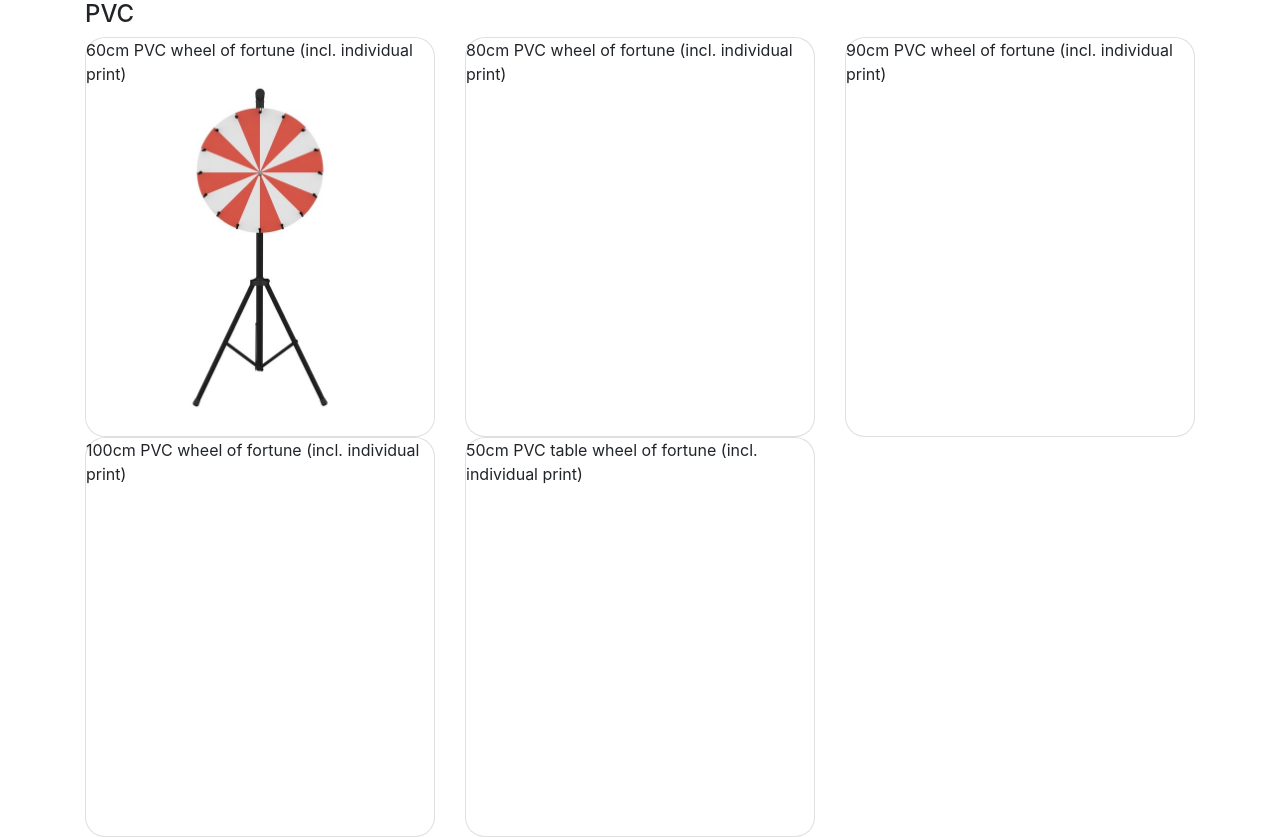
Repository: Awaisp-irfan/fahad-project
Page: pvc.html
These files come from the project's save history. The page is drawn as it stood at one moment and after the next save; the edit follows.
The browser window is 1280 px wide. The pictures show the whole page.

Above is the page before, as saved 2022-06-30 08:02:18.

After the next save:
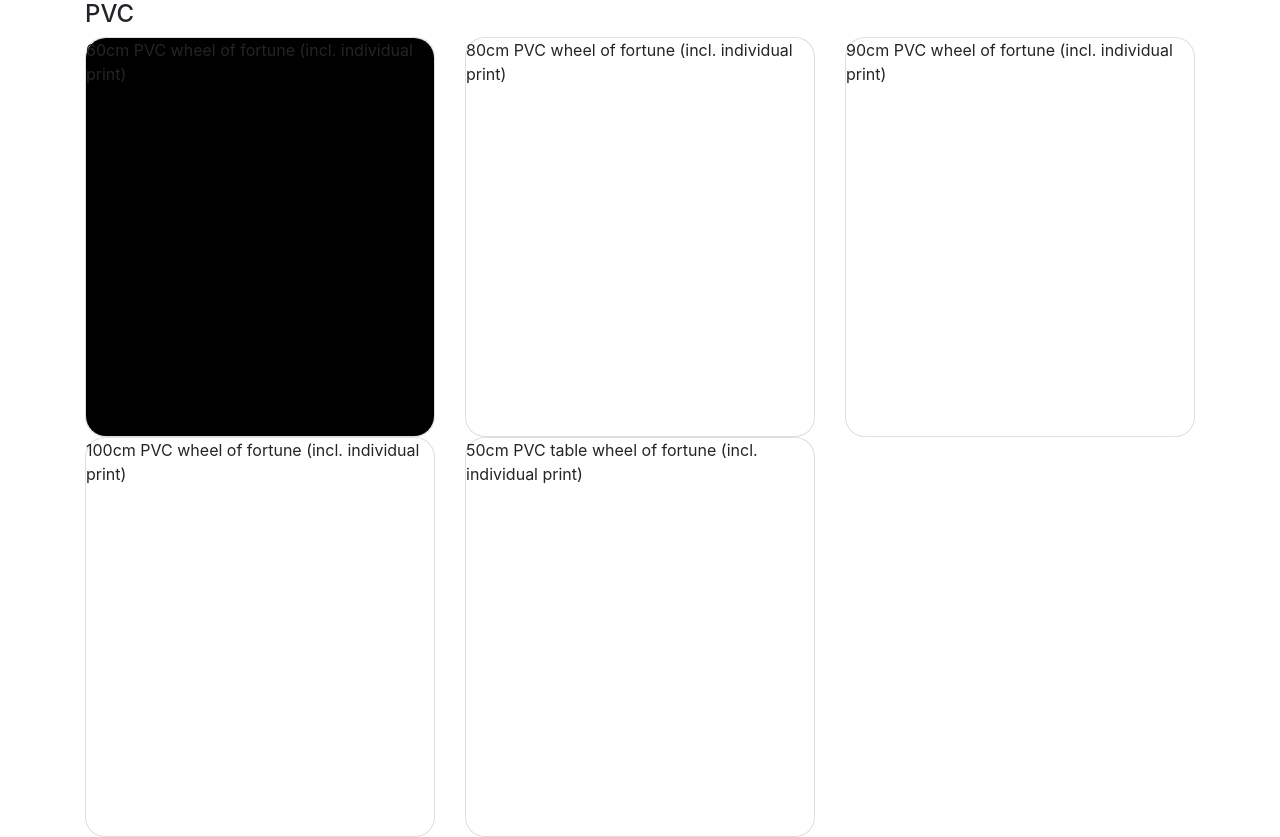
Saved 16 s later.
--- a/style.css
+++ b/style.css
@@ -33,8 +33,8 @@
     border-radius: 20px;
 }
 .cm60{
-    background: url(./assests/60cm\ PVC.jpg) , #000;
-    ;
+    background: url(./assests/60cm\ PVC.jpg);
+    background: #000;
     background-size: cover;
     background-position: center;
     background-repeat: no-repeat;
